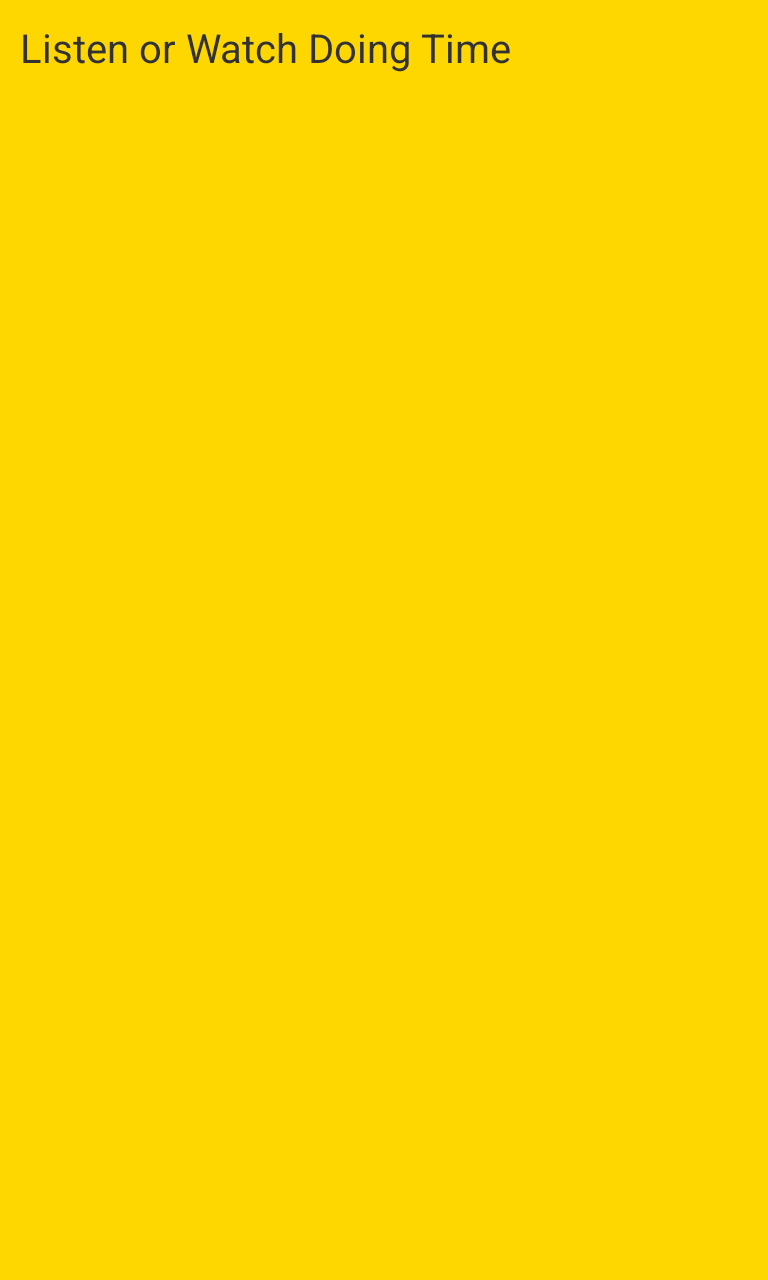
Repository: kenshiryu7/mdv-projects
Layout: MDF3/project_2/res/layout/main_lay.xml
These files come from the project's save history. The layout is drawn as it stood at one moment and after the next save; the edit follows.
It is drawn on a 768 x 1280 px phone screen (xhdpi) without system bars, with theme AppTheme; the app's code is not run.

Above is the layout before, as saved 2013-02-14 00:29:39.

After the next save:
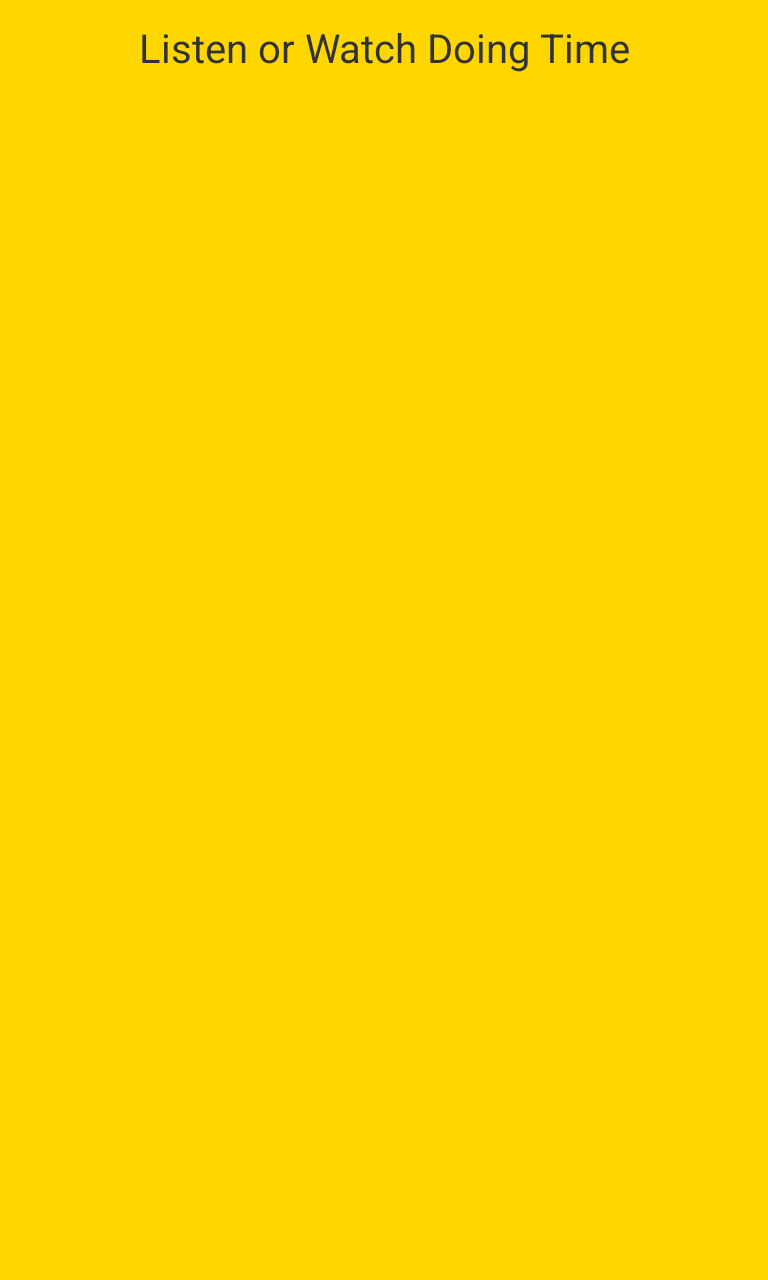
Saved 101 s later.
--- a/MDF3/project_2/res/layout/main_lay.xml
+++ b/MDF3/project_2/res/layout/main_lay.xml
@@ -29,24 +29,18 @@
                 <LinearLayout
                     android:id="@+id/tab1"
                     android:layout_width="match_parent"
-                    android:layout_height="match_parent" >
-
-
-
+                    android:layout_height="match_parent"
+                    android:orientation="vertical">
 
                     <TextView
                         android:id="@+id/textView1"
                         android:layout_width="match_parent"
                         android:layout_height="wrap_content"
                         android:layout_gravity="center|top"
-                        android:layout_marginLeft="10dp"
                         android:layout_marginTop="10dp"
+                        android:gravity="center"
                         android:text="@string/main_text"
                         android:textSize="20sp" />
-
-
-
-
 
                 </LinearLayout>
 
